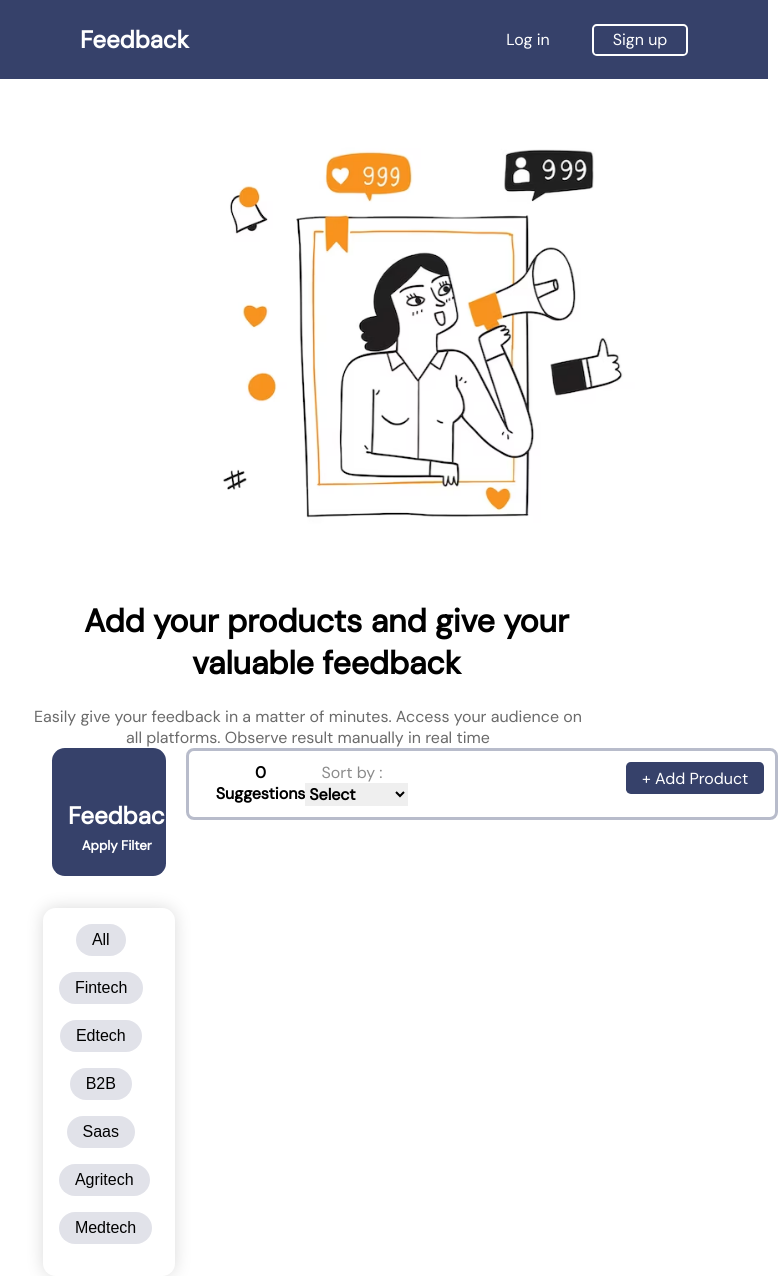
Repository: drumsmanku/final-evaluation-test
Page: / (app in client/)
An editor plug-in stored every save of this project. The page is shown before and after the next save, followed by the edit.
The browser window is 768 px wide. The page is 778 px wide, so the pictures cover 778 px, including what lies to the right of the window. The pictures show the whole page.
The page's requests for data from a server got no answer. The project was rebuilt for these pictures with package versions that can differ from the ones it lists, and the page was loaded fresh each time. No one was signed in, and anything a server would have sent is missing. Also part of the build but not shown: client/src/CSS/LoginPopUp.css, client/src/Components/LoginPopUp.js, client/src/CSS/SignupPopUp.css, client/src/Components/SignupPopUp.js, client/src/CSS/AddProductPopUp.css, client/src/Components/AddProductPopUp.js, client/src/Components/CommentsSection.js, client/src/CSS/SignUp.css and 3 more.

Above is the page before, as saved 2023-07-31 23:40:55.

After the next save:
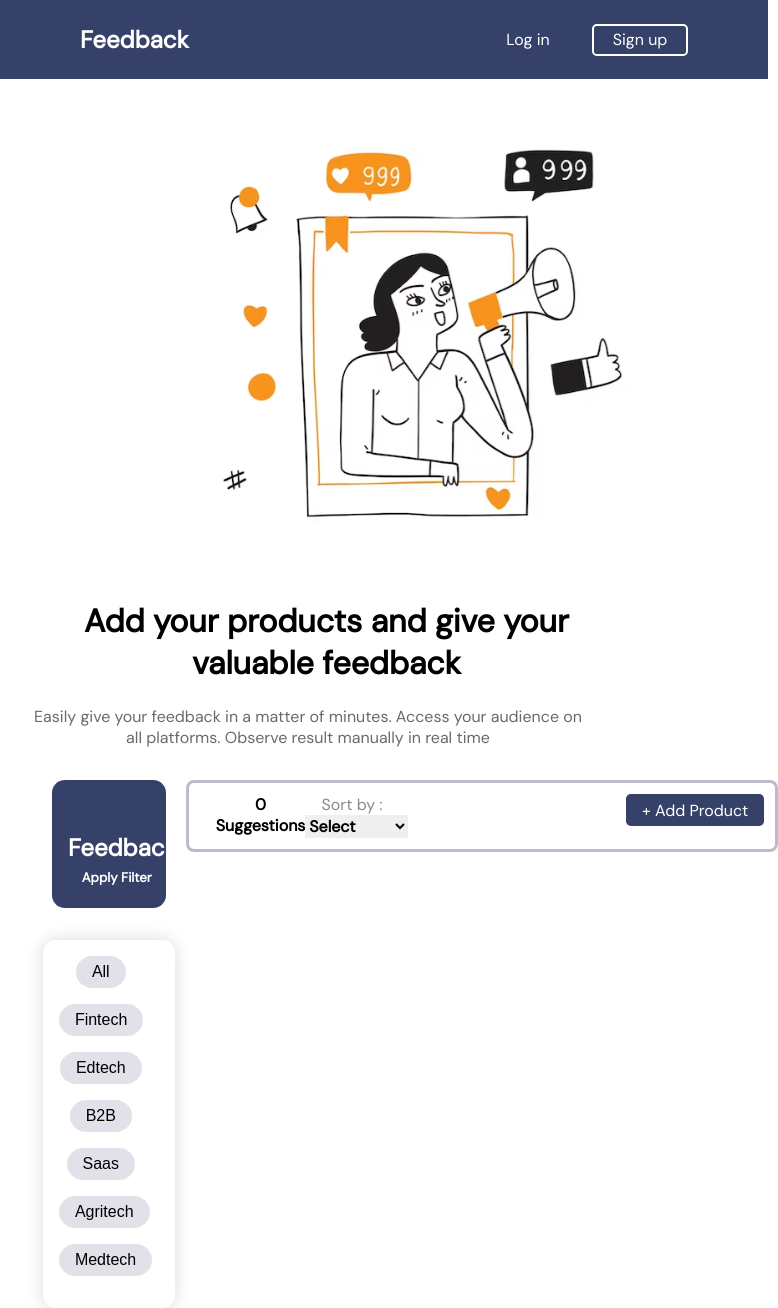
Saved 31 s later.
--- a/client/src/CSS/MainPage.css
+++ b/client/src/CSS/MainPage.css
@@ -155,8 +155,8 @@ body{
   .title-desc{
     flex-direction: column;
   }
-  .both-texts h1{
-    max-width: 100%;
+  .both-texts{
+    margin-bottom: 2rem;
   }
 }
 @media (max-width: 480px) {
